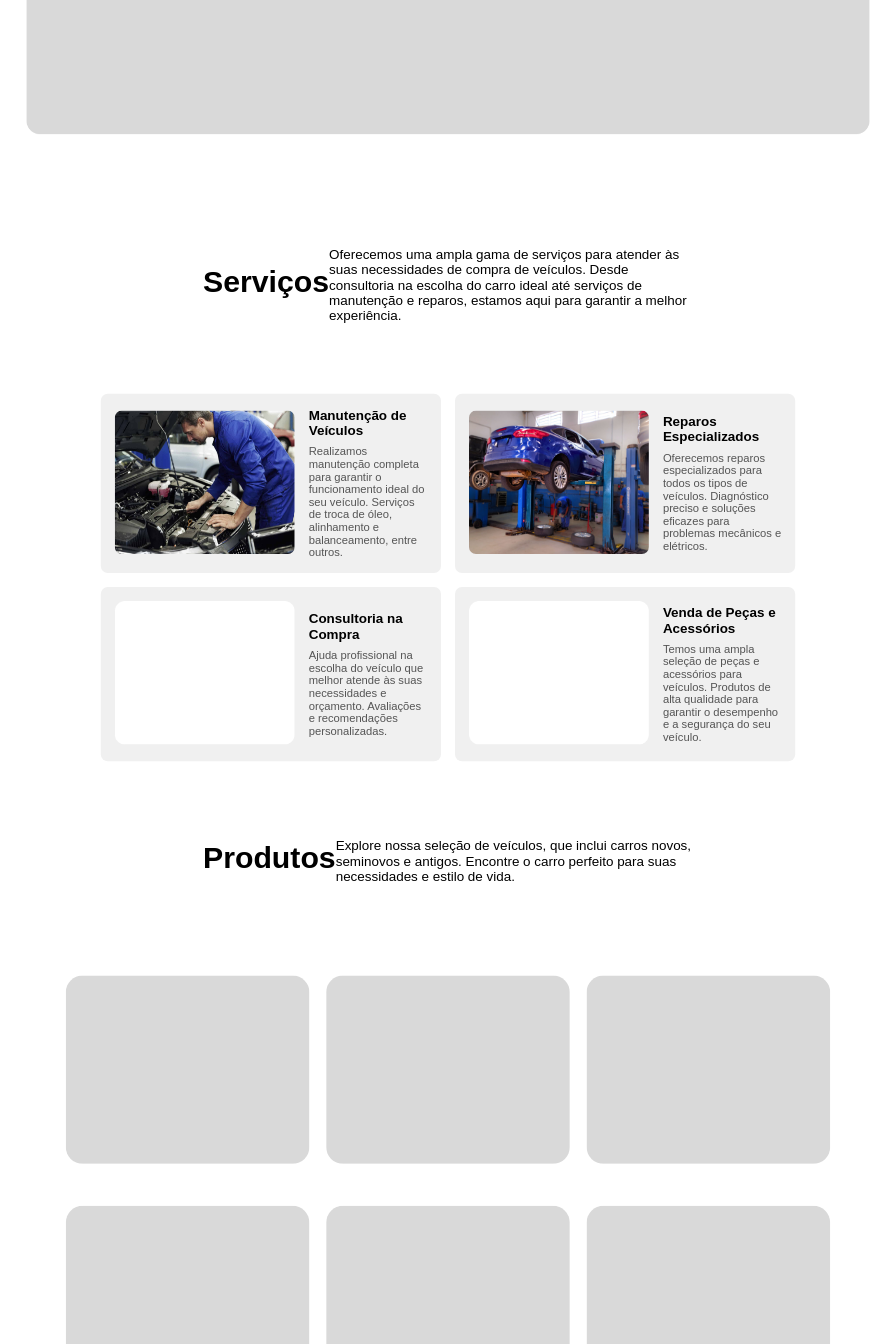
Repository: Matheus904-12/Reforma
Page: index.html
These files come from the project's save history. The page is drawn as it stood at one moment and after a run of saves; the edit follows.
The browser window is 1280 px wide. The pictures show the part of the page from y = 492 to 2412 px (the page is 3957 px tall), at 70% of full size.
Some web libraries are served in a nearby version.

Above is the page before, as saved 2024-08-12 19:44:51.
Console error: TypeError: Cannot read properties of undefined (reading 'click')

### index.html
<!DOCTYPE html>
<html lang="en">
<head>
    <meta charset="UTF-8">
    <meta name="viewport" content="width=device-width, initial-scale=1.0">
    <title>Chance Veículos - Venda de Veículos</title>
    <link rel="stylesheet" href="./CSS/styles.css">
    <!----- FONT AWESOME CSS FOR ICONS FONTS ------>
    <link rel="stylesheet" href="https://cdnjs.cloudflare.com/ajax/libs/font-awesome/6.2.0/css/all.min.css">
    <script src="https://cdnjs.cloudflare.com/ajax/libs/gsap/3.10.4/gsap.min.js"></script>
</head>
<body>
    <div id="loading-screen">
        <div class="loader"></div>
    </div>

    <header>
        <div class="navbar">
            <div class="logo">
                <img src="imagens/dark.png" alt="Logo da Loja">
            </div>
            <nav class="nav-links">
                <a href="index.html">Início</a>
                <a href="finan.html">Financiamento</a>
                <a href="veicu.html">Veículos</a>
            </nav>
            <button class="btn" id="login-btn">
                <span class="btn-text-one">Entrar</span>
                <span class="btn-text-two">Vamos Lá!</span>
            </button>
        </div>
    </header>
    <br><br><br><br><br><br><br><br>
    <section class="hero">
        <img src="imagens/Rectangle 1.png" alt="Imagem de Veículos" class="hero-image">
    </section>

    <section class="servicos">
        <div class="servicos-header">
            <h2>Serviços</h2>
            <p class="description">Oferecemos uma ampla gama de serviços para atender às suas necessidades de compra de veículos. Desde consultoria na escolha do carro ideal até serviços de manutenção e reparos, estamos aqui para garantir a melhor experiência.</p>
        </div>
        <div class="cards-container">
            <div class="card">
                <div class="card-image"><img src="veiculos/img1.jpg" alt="Serviço de Manutenção"></div>
                <div class="card-content">
                    <h3>Manutenção de Veículos</h3>
                    <p>Realizamos manutenção completa para garantir o funcionamento ideal do seu veículo. Serviços de troca de óleo, alinhamento e balanceamento, entre outros.</p>
                </div>
            </div>
            <div class="card">
                <div class="card-image"><img src="veiculos/img2.jpg" alt="Serviço de Reparos"></div>
                <div class="card-content">
                    <h3>Reparos Especializados</h3>
                    <p>Oferecemos reparos especializados para todos os tipos de veículos. Diagnóstico preciso e soluções eficazes para problemas mecânicos e elétricos.</p>
                </div>
            </div>
            <div class="card">
                <div class="card-image"><img src="imagens/Rectangle 9.png" alt="Serviço de Consultoria"></div>
                <div class="card-content">
                    <h3>Consultoria na Compra</h3>
                    <p>Ajuda profissional na escolha do veículo que melhor atende às suas necessidades e orçamento. Avaliações e recomendações personalizadas.</p>
                </div>
            </div>
            <div class="card">
                <div class="card-image"><img src="imagens/Rectangle 9.png" alt="Serviço de Venda de Peças"></div>
                <div class="card-content">
                    <h3>Venda de Peças e Acessórios</h3>
                    <p>Temos uma ampla seleção de peças e acessórios para veículos. Produtos de alta qualidade para garantir o desempenho e a segurança do seu veículo.</p>
                </div>
            </div>
        </div>
    </section>

    <section class="servicos">
        <div class="produtos-header">
            <h2>Produtos</h2>
            <p class="description">Explore nossa seleção de veículos, que inclui carros novos, seminovos e antigos. Encontre o carro perfeito para suas necessidades e estilo de vida.</p>
        </div>
    </section>

    <div class="produto">
        <div class="card__produto">
            <article class="card__article">
                <img src="imagens/Rectangle 11.png" alt="imagem do veículo" class="card__img">

                <div class="card__data">
                    <span class="card__description">Carro seminovo, Brasil</span>
                    <h2 class="card__title small-title">Carro Seminovo Lux</h2>
                    <a href="#" class="card__button">Saiba Mais</a>
                </div>
            </article>

            <article class="card__article">
                <img src="imagens/Rectangle 11.png" alt="imagem do veículo" class="card__img">

                <div class="card__data">
                    <span class="card__description">Carro antigo, EUA</span>
                    <h2 class="card__title">Carro Clássico</h2>
                    <a href="#" class="card__button">Saiba Mais</a>
                </div>
            </article>

            <article class="card__article">
                <img src="imagens/Rectangle 11.png" alt="imagem do veículo" class="card__img">

                <div class="card__data">
                    <span class="card__description">Carro antigo, EUA</span>
                    <h2 class="card__title">Carro Clássico</h2>
                    <a href="#" class="card__button">Saiba Mais</a>
                </div>
            </article>

            <article class="card__article">
                <img src="imagens/Rectangle 11.png" alt="imagem do veículo" class="card__img">

                <div class="card__data">
                    <span class="card__description">Carro antigo, EUA</span>
                    <h2 class="card__title">Carro Clássico</h2>
                    <a href="#" class="card__button">Saiba Mais</a>
                </div>
            </article>

            <article class="card__article">
                <img src="imagens/Rectangle 11.png" alt="imagem do veículo" class="card__img">

                <div class="card__data">
                    <span class="card__description">Carro antigo, EUA</span>
                    <h2 class="card__title">Carro Clássico</h2>
                    <a href="#" class="card__button">Saiba Mais</a>
                </div>
            </article>

            <article class="card__article">
                <img src="imagens/Rectangle 11.png" alt="imagem do veículo" class="card__img">

                <div class="card__data">
                    <span class="card__description">Carro novo, Alemanha</span>
                    <h2 class="card__title">Carro Moderno</h2>
                    <a href="#" class="card__button">Saiba Mais</a>
                </div>
            </article>
        </div>
    </div>

    <section class="servicos">
        <div class="produtos-header">
            <h2>Garantia & Qualidade</h2>
            <p class="description">Nossa garantia e qualidade são inigualáveis. Confira alguns de nossos produtos mais recomendados por clientes satisfeitos.</p>
        </div>
        <div class="garantia-cards">
            <div class="garantia-card">
                <img src="imagens/Rectangle 19.png" alt="Veículo 1" class="garantia-card-image">
                <h3>Qualidade Certificada</h3>
                <p>Todos os nossos veículos passam por rigorosos testes de qualidade para garantir que atendam aos mais altos padrões de desempenho e segurança.</p>
            </div>
            <div class="garantia-card">
                <img src="imagens/Rectangle 19.png" alt="Veículo 2" class="garantia-card-image">
                <h3>Garantia de Satisfação</h3>
                <p>Oferecemos garantia completa em todos os nossos veículos, assegurando que você fique completamente satisfeito com sua compra.</p>
            </div>
            <div class="garantia-card">
                <img src="imagens/Rectangle 19.png" alt="Veículo 3" class="garantia-card-image">
                <h3>Atendimento Personalizado</h3>
                <p>Nossa equipe está sempre pronta para fornecer suporte e resolver qualquer problema, garantindo uma experiência de compra sem preocupações.</p>
            </div>
            <div class="garantia-card">
                <img src="imagens/Rectangle 19.png" alt="Veículo 4" class="garantia-card-image">
                <h3>Compromisso com a Excelência</h3>
                <p>Estamos comprometidos em oferecer produtos de qualidade superior e serviços excepcionais para garantir a melhor experiência possível para nossos clientes.</p>
            </div>
        </div>
    </section>
    <footer>
        <div class="container">
            <div class="row">
                <div class="col" id="company">
                    <img src="imagens/white.png" alt="" class="logo">
                    <p>
                        Especializados na venda de carros seminovos, antigos e novos.
                        Encontre o carro perfeito para suas necessidades e estilo de vida!
                    </p>
                    <div class="social">
                        <a href="https://www.facebook.com/p/CHANCE-VE%C3%8DCULOS-100063739276669/?paipv=0&eav=Afbw-6EMG8x-VpNtWfZloGlREGmYw3G0Q8PvLR--bdwjk5A0xtV1WnDa43PW5FFd-jU&_rdr"><i class="fab fa-facebook"></i></a>
                        <a href="https://www.olx.com.br/perfil/wilson-chance-veiculos-d5494ec5"><i class="fab fa-instagram"></i></a>
                        <a href="https://web.whatsapp.com/send?l=pt_BR&phone=5516%20997220455"><i class="fab fa-whatsapp"></i></a>
                        <a href="(16)-3961-1899"><i class="fa fa-store"></i></a>
                    </div>
                </div>

                <div class="col" id="services">
                    <h3>Serviços</h3>
                    <div class="links">
                        <a href="#">Manutenção de Veículos</a>
                        <a href="#">Consultoria na Compra</a>
                        <a href="#">Reparos Especializados</a>
                        <a href="#">Venda de Peças e Acessórios</a>
                    </div>
                </div>

                <div class="col" id="useful-links">
                    <h3>Links Úteis</h3>
                    <div class="links">
                        <a href="#">Sobre Nós</a>
                        <a href="#">Nossos Serviços</a>
                        <a href="#">Política de Privacidade</a>
                        <a href="#">Ajuda</a>
                    </div>
                </div>

                <div class="col" id="contact">
                    <h3>Contato</h3>
                    <div class="contact-details">
                        <i class="fa fa-location"></i>
                        <p>Rua Silveira Martins, 918<br> Ribeirão Preto - SP, Brasil</p>
                    </div>
                    <div class="contact-details">
                        <i class="fa fa-phone"></i>
                        <p>+55-16-99722-0455</p>
                    </div>
                </div>
            </div>
            <br>
        </div>
    </footer>
    <script src="./JS/script.js"></script>
</body>
</html>

Loaded but not shown: JS/script.js (167 lines, source omitted); CSS/styles.css (760 lines, source omitted)

After the next 3 saves:
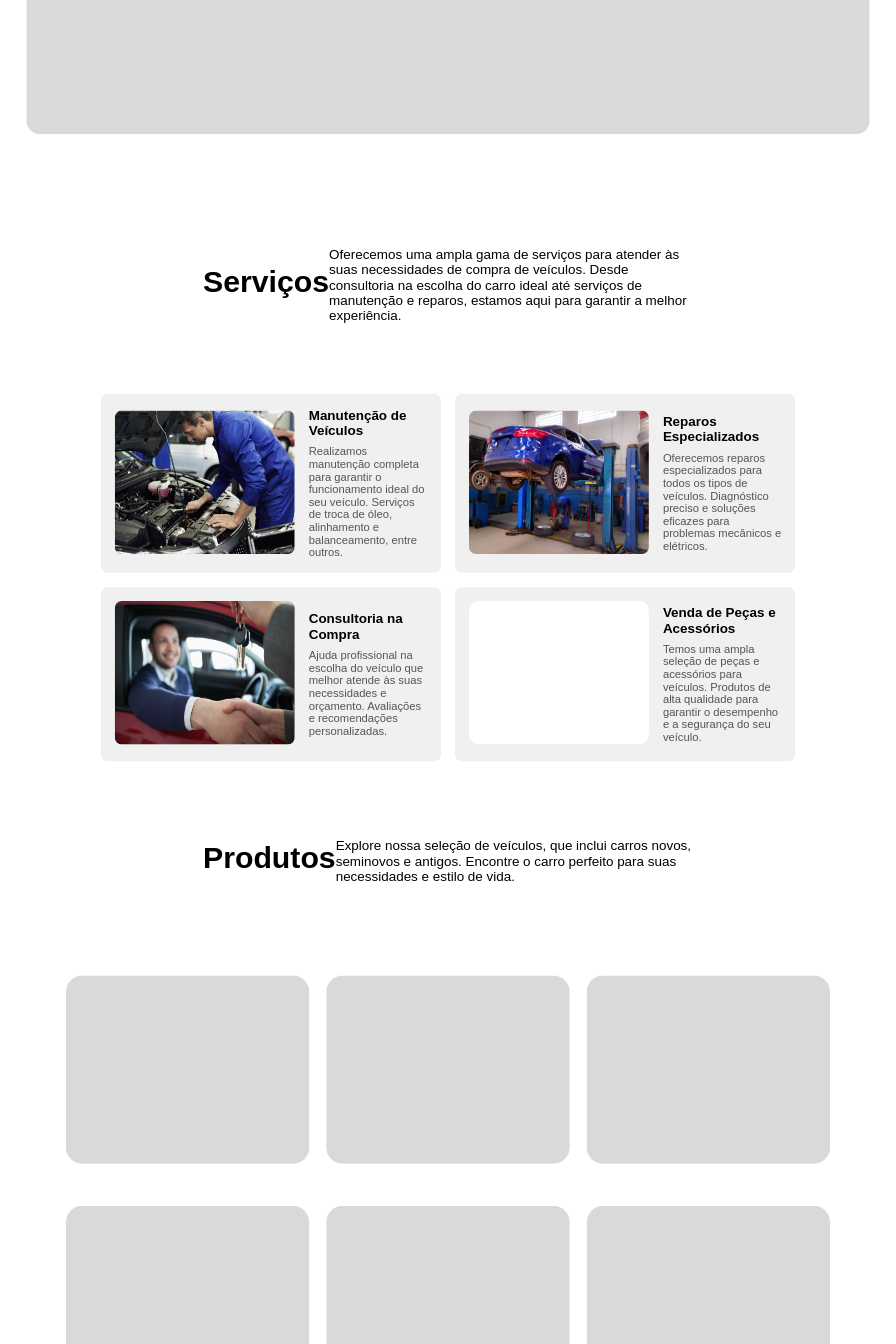
The 3 saves are shown as one change because they came seconds apart.
The last was saved 3 min 24 s later.
--- a/index.html
+++ b/index.html
@@ -56,7 +56,7 @@
                 </div>
             </div>
             <div class="card">
-                <div class="card-image"><img src="imagens/Rectangle 9.png" alt="Serviço de Consultoria"></div>
+                <div class="card-image"><img src="veiculos/img3.png" alt="Serviço de Consultoria"></div>
                 <div class="card-content">
                     <h3>Consultoria na Compra</h3>
                     <p>Ajuda profissional na escolha do veículo que melhor atende às suas necessidades e orçamento. Avaliações e recomendações personalizadas.</p>
